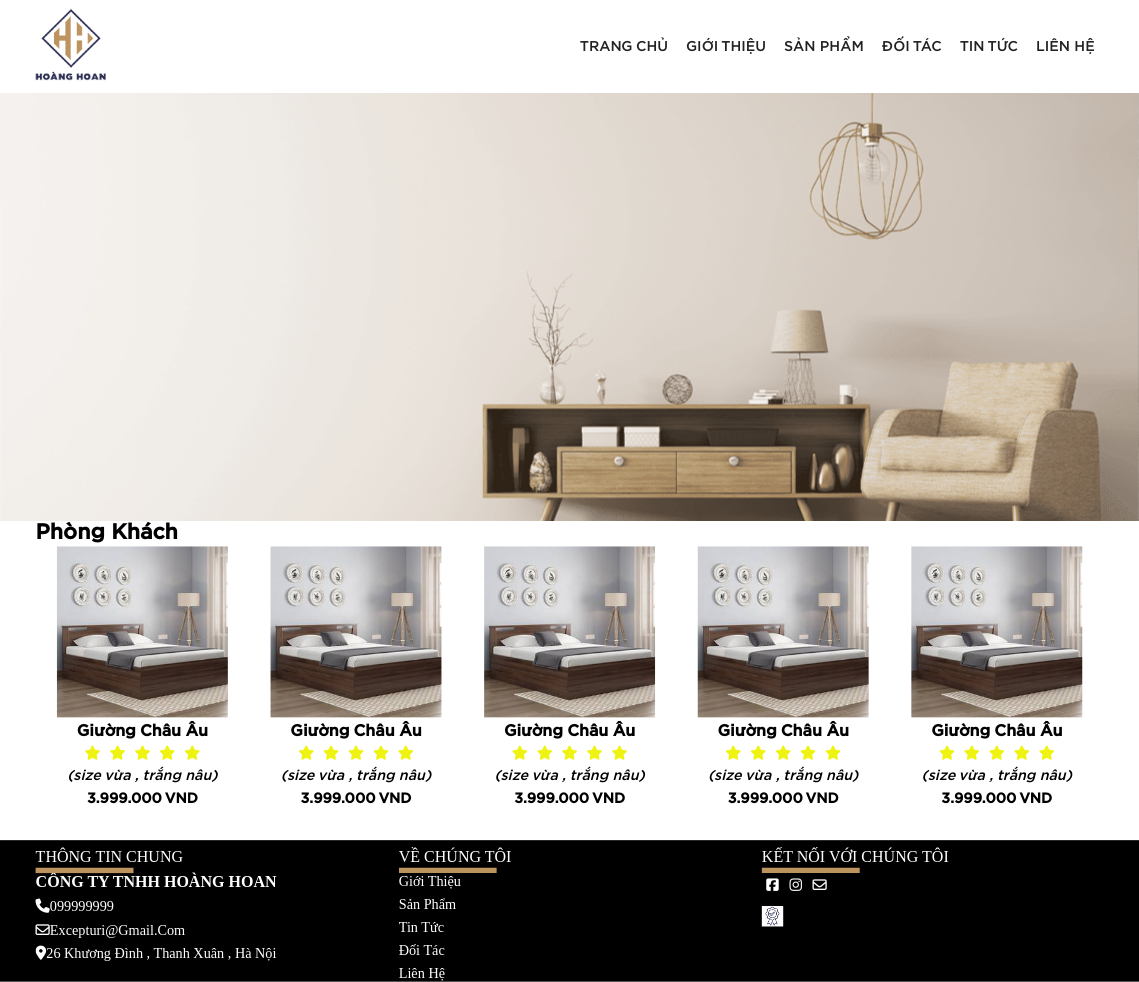
Repository: LDDUNG2003/front_end
Page: product.html
These files come from the project's save history. The page is drawn as it stood at one moment and after the next save; the edit follows.
The browser window is 1280 px wide. The pictures show the whole page, at 89% of full size.
Some web libraries are served in a nearby version.

Above is the page before, as saved 2023-08-30 10:34:53.

### product.html
<!DOCTYPE html>
<html lang="en">

<head>
    <meta charset="UTF-8">
    <meta name="viewport" content="width=device-width, initial-scale=1.0">
    <title>Document</title>
    <link rel="stylesheet" href="https://cdnjs.cloudflare.com/ajax/libs/font-awesome/6.4.2/css/all.min.css" integrity="sha512-z3gLpd7yknf1YoNbCzqRKc4qyor8gaKU1qmn+CShxbuBusANI9QpRohGBreCFkKxLhei6S9CQXFEbbKuqLg0DA==" crossorigin="anonymous" referrerpolicy="no-referrer"
    />
    <link rel="stylesheet" type="text/css" href="//cdn.jsdelivr.net/npm/slick-carousel@1.8.1/slick/slick.css" />
    <link rel="stylesheet" type="text/css" href="//cdn.jsdelivr.net/npm/slick-carousel@1.8.1/slick/slick-theme.css" />
    <link rel="stylesheet" href="./public/css/base.css">
    <link rel="stylesheet" href="./public/css/product.css">
    <link rel="stylesheet" href="./public/css/responsive.css">
    <script src="https://kit.fontawesome.com/9ffed7d99e.js" crossorigin="anonymous"></script>
</head>

<body>
    <div class="main">
        <div class="header">
            <div class="navBar">
                <div class="logo--block">
                    <img src="./public/img/logo.png" alt="logo" class="logo">
                    <button class="menu-mobile" id="mobileMenu"><i class="fas fa-bars" style="color: #fff;" ></i></button>
                </div>
                <ul class="navBar__list">
                    <li class="navBar__list-item"><a href="" class="navBar__list--link">trang chủ</a></li>
                    <li class="navBar__list-item">
                        <a href="./index.html" class="navBar__list--link">giới thiệu</a>
                    </li>
                    <li class="navBar__list-item">
                        <a href="./product.html" class="navBar__list--link">sản phẩm</a>
                    </li>
                    <li class="navBar__list-item">
                        <a href="./partner.html" class="navBar__list--link">đối tác</a>
                    </li>
                    <li class="navBar__list-item">
                        <a href="./news.html" class="navBar__list--link">tin tức</a>
                    </li>
                    <li class="navBar__list-item">
                        <a href="" class="navBar__list--link">liên hệ</a>
                    </li>
                </ul>
            </div>
        </div>
        <div class="content__featured-slider">
            <ul class="slider--list">
                <li class="slider--item"><img src="./public/img/banner.png" alt="" class="slider--image"></li>
                <li class="slider--item"><img src="./public/img/P002-big.jpg" alt="" class="slider--image"></li>
                <li class="slider--item"><img src="./public/img/featured/giuong-ngu.png" alt="" class="slider--image"></li>
            </ul>
        </div>
        <div class="content__featured">
            <h2 class="product--title">Phòng Khách</h2>
            <ul class="featured--list">
                <li class="featured--item">
                    <img src="./public/img/featured/giuong-ngu.png" alt="" class="featured--img">
                    <div class="featured--content">
                        <h5 class="featured-name">Giường Châu Âu</h5>
                        <ul class="evaluate--list">
                            <li><i class="fa-solid fa-star" style="color: #eff312;"></i></li>
                            <li><i class="fa-solid fa-star" style="color: #eff312;"></i></li>
                            <li><i class="fa-solid fa-star" style="color: #eff312;"></i></li>
                            <li><i class="fa-solid fa-star" style="color: #eff312;"></i></li>
                            <li><i class="fa-solid fa-star" style="color: #eff312;"></i></li>
                        </ul>
                        <i class="note-product">(size vừa , trắng nâu)</i>
                        <p class="price-product">3.999.000 VND</p>
                    </div>
                </li>
                <li class="featured--item">
                    <img src="./public/img/featured/giuong-ngu.png" alt="" class="featured--img">
                    <div class="featured--content">
                        <h5 class="featured-name">Giường Châu Âu</h5>
                        <ul class="evaluate--list">
                            <li><i class="fa-solid fa-star" style="color: #eff312;"></i></li>
                            <li><i class="fa-solid fa-star" style="color: #eff312;"></i></li>
                            <li><i class="fa-solid fa-star" style="color: #eff312;"></i></li>
                            <li><i class="fa-solid fa-star" style="color: #eff312;"></i></li>
                            <li><i class="fa-solid fa-star" style="color: #eff312;"></i></li>
                        </ul>
                        <i class="note-product">(size vừa , trắng nâu)</i>
                        <p class="price-product">3.999.000 VND</p>
                    </div>
                </li>
                <li class="featured--item">
                    <img src="./public/img/featured/giuong-ngu.png" alt="" class="featured--img">
                    <div class="featured--content">
                        <h5 class="featured-name">Giường Châu Âu</h5>
                        <ul class="evaluate--list">
                            <li><i class="fa-solid fa-star" style="color: #eff312;"></i></li>
                            <li><i class="fa-solid fa-star" style="color: #eff312;"></i></li>
                            <li><i class="fa-solid fa-star" style="color: #eff312;"></i></li>
                            <li><i class="fa-solid fa-star" style="color: #eff312;"></i></li>
                            <li><i class="fa-solid fa-star" style="color: #eff312;"></i></li>
                        </ul>
                        <i class="note-product">(size vừa , trắng nâu)</i>
                        <p class="price-product">3.999.000 VND</p>
                    </div>
                </li>
                <li class="featured--item">
                    <img src="./public/img/featured/giuong-ngu.png" alt="" class="featured--img">
                    <div class="featured--content">
                        <h5 class="featured-name">Giường Châu Âu</h5>
                        <ul class="evaluate--list">
                            <li><i class="fa-solid fa-star" style="color: #eff312;"></i></li>
                            <li><i class="fa-solid fa-star" style="color: #eff312;"></i></li>
                            <li><i class="fa-solid fa-star" style="color: #eff312;"></i></li>
                            <li><i class="fa-solid fa-star" style="color: #eff312;"></i></li>
                            <li><i class="fa-solid fa-star" style="color: #eff312;"></i></li>
                        </ul>
                        <i class="note-product">(size vừa , trắng nâu)</i>
                        <p class="price-product">3.999.000 VND</p>
                    </div>
                </li>
                <li class="featured--item">
                    <img src="./public/img/featured/giuong-ngu.png" alt="" class="featured--img">
                    <div class="featured--content">
                        <h5 class="featured-name">Giường Châu Âu</h5>
                        <ul class="evaluate--list">
                            <li><i class="fa-solid fa-star" style="color: #eff312;"></i></li>
                            <li><i class="fa-solid fa-star" style="color: #eff312;"></i></li>
                            <li><i class="fa-solid fa-star" style="color: #eff312;"></i></li>
                            <li><i class="fa-solid fa-star" style="color: #eff312;"></i></li>
                            <li><i class="fa-solid fa-star" style="color: #eff312;"></i></li>
                        </ul>
                        <i class="note-product">(size vừa , trắng nâu)</i>
                        <p class="price-product">3.999.000 VND</p>
                    </div>
                </li>
            </ul>
        </div>
        <div class="footer ">
            <div class="footer__lable">
                <ul class="footer--list">
                    <li class="footer--list-item">
                        <h3 class="footer--list-heading">
                            thông tin chung
                        </h3>
                    </li>
                    <li class="footer--list-item footer--inheri">công ty tnhh hoàng hoan</li>
                    <li class="footer--list-item"><i class="fa-solid fa-phone" style="color: #ffffff;"></i>099999999</li>
                    <li class="footer--list-item"><i class="fa-regular fa-envelope" style="color: #ffffff;"></i>excepturi@gmail.com
                    </li>
                    <li class="footer--list-item"><i class="fa-solid fa-location-dot fa-beat" style="color: #ffffff;"></i>26 khương đình , thanh xuân , hà nội</li>
                </ul>
                <ul class="footer--list">
                    <li class="footer--list-item">
                        <h3 class="footer--list-heading">về chúng tôi</h3>
                    </li>
                    <li class="footer--list-item">giới thiệu</li>
                    <li class="footer--list-item">sản phẩm</li>
                    <li class="footer--list-item">tin tức</li>
                    <li class="footer--list-item">đối tác</li>
                    <li class="footer--list-item">liên hệ</li>
                </ul>
                <ul class="footer--list">
                    <li class="footer--list-item">
                        <h3 class="footer--list-heading">kết nối với chúng tôi</h3>
                    </li>
                    <li class="footer--list-item">
                        <ul class="footer--list-contact">
                            <li class="fooder--list-contact-item"><i class="fa-brands fa-square-facebook" style="color: #ffffff;"></i></li>
                            <li class="fooder--list-contact-item"><i class="fa-brands fa-instagram" style="color: #ffffff;"></i>
                            </li>
                            <li class="fooder--list-contact-item"><i class="fa-regular fa-envelope" style="color: #fcfcfd;"></i>
                            </li>
                        </ul>
                    </li>
                    <li class="footer--list-item"><img style="height: 23px;" src="./style/image/ve-chung-toi/chat-luong.jpg" alt=""></li>
                </ul>
            </div>
        </div>
    </div>
    <script src="./public/js/index.js"></script>
    <script type="text/javascript " src="//code.jquery.com/jquery-1.11.0.min.js "></script>
    <script type="text/javascript " src="//code.jquery.com/jquery-migrate-1.2.1.min.js "></script>
    <script type="text/javascript " src="//cdn.jsdelivr.net/npm/slick-carousel@1.8.1/slick/slick.min.js "></script>
    <script>
        $('.slider--list').slick();
    </script>
</body>

</html>

### public/css/base.css
* {
    padding: 0px;
    margin: 0px;
    font-family: "gotham-family";
}

:root {
    --primary-color: #bd945f;
    --text-color: #222222;
}


/* font setting */

@font-face {
    font-family: "gotham-family";
    src: url(../front/Gotham-Medium.otf);
}

.main {
    width: 100%;
}

.header {
    padding: 10px 0px;
    margin: auto;
    width: 100%;
    max-width: 1200px;
}

.navBar {
    display: flex;
    width: 100%;
    justify-content: space-between;
}

.logo {
    height: 80px;
}

.navBar__list {
    display: flex;
    list-style: none;
    align-items: center;
}

.navBar__list-item {
    margin: 0 10px;
}

.navBar__list--link {
    text-transform: uppercase;
    font-size: 16px;
    color: var(--text-color);
    text-decoration: none;
}

.featured--content {}

.featured-name {
    font-size: 18px;
    text-transform: capitalize;
}

.evaluate--list {
    list-style: none;
    display: flex;
    justify-content: center;
}

.evaluate--list li {
    padding: 5px;
    margin: 0;
}

.note-product {}

.content--title {
    font-size: 32px;
    padding: 50px 0px;
    text-align: center;
    position: relative;
    text-transform: uppercase;
}

.content--title::before {
    content: '';
    background-color: var(--primary-color);
    width: 90px;
    height: 9px;
    position: absolute;
    top: 70%;
    right: 47%;
}

.content__featured {
    width: 100%;
    max-width: 1200px;
    margin: auto;
    padding-bottom: 30px;
}

.featured--list {
    width: 100%;
    list-style: none;
    display: flex;
    text-align: center;
}

.featured--item {}

.featured--img {
    width: 80%;
    margin: auto;
}

.price-product {
    padding: 7px 0px;
    font-weight: 800;
    font-size: 16px;
}

.slick-prev:before,
.slick-next:before {
    color: var(--primary-color);
    width: 15px;
}

.footer {
    background-color: black;
}

.footer__lable {
    max-width: 1200px;
    margin: auto;
    display: flex;
    width: 100%;
    justify-content: space-around;
    color: #fff;
    justify-content: space-between;
}

.footer--list {
    list-style: none;
    width: 32%;
}

.footer--list-item {
    font-size: 16px;
    padding-top: 8px;
    text-transform: capitalize;
    font-family: initial;
}

.footer--list-heading {
    font-size: 18px;
    font-weight: 300;
    text-transform: uppercase;
    position: relative;
    padding-bottom: 0px;
    font-family: 'Gotham-Medium';
}

.footer--list-heading::after {
    content: '';
    background-color: var(--primary-color);
    width: 110px;
    padding-top: 6px;
    position: absolute;
    left: 0px;
    bottom: -8px;
}

.footer--inheri {
    text-transform: uppercase;
    font-weight: 600;
    font-size: 18px;
}

.footer--list-contact {
    display: flex;
    list-style: none;
}

.fooder--list-contact-item {
    width: 16px;
    padding: 5px;
}

### public/css/product.css
.content__featured-slider {
    width: 100%;
    height: 480px;
    overflow: hidden;
}

.slider--list {
    width: 100%;
}

.slider--item {
    width: 100%;
}

.slider--image {
    width: 100%;
}

### public/css/responsive.css
@media (min-width:767px) {
    #mobileMenu {
        display: none;
    }
}

@media (max-width: 767px) {
    #mobileMenu {
        display: block;
    }
    .logo--block {
        width: 100%;
        display: flex;
        align-items: center;
        justify-content: space-between;
    }
    .navBar {
        display: block;
        height: auto;
    }
    .menu-mobile {
        width: 40px;
        height: 40px;
        padding: 10px;
        border: 0px;
        background-color: var(--primary-color);
    }
    .navBar__list {
        display: none;
        width: 100%;
    }
    .navBar__list-item {
        padding: 4px;
        border-bottom: 2px solid #ccc;
    }
    .content__focut {
        position: static;
    }
    .focut--item {
        width: 50%;
    }
    .content__banner {
        width: 100%;
    }
    .banner--content {
        display: none;
    }
    .slick-prev:before,
    .slick-next:before {
        display: none;
    }
    .about--background {
        display: none;
    }
    .about__us-bag {
        position: static;
    }
    .about--block {
        display: block;
    }
    .about--content {
        width: 100%;
        color: var(--text-color);
    }
    .about--content img {
        width: 100%;
    }
    .content--title {
        color: var(--text-color);
    }
    .news--contain {
        display: block;
    }
    .mobile-display {
        display: none;
    }
    .news--contain--item {
        width: 100%;
    }
    .news--list-item {
        width: 100%;
        overflow: hidden;
    }
    .news--list-item img {
        height: 100%;
    }
    .partner--list {
        flex-wrap: wrap;
    }
    .partner--item {
        width: 50%;
    }
    .content--contact {
        display: none;
    }
    .footer__lable {
        display: block;
    }
    .footer--list {
        width: 100%;
        padding: 10px 0px;
    }
    .footer--list-item {
        width: 100%;
        padding: 5px 0px;
    }
    /* news responsive */
    .news--content-list {
        margin: 0px 20px;
    }
    .news--content-item {
        width: 100%;
    }
    .featured--list {
        width: 100%;
        margin: 10px;
        flex-wrap: wrap;
    }
    .featured--item {
        width: 100%;
    }
}

### public/js/index.js
var mobile = document.getElementById("mobileMenu");
var navBar__list = document.getElementsByClassName("navBar__list")[0]
mobile.addEventListener("click", function() {
    if (navBar__list.style.display === "block") {
        navBar__list.style.display = null;
    } else {
        navBar__list.style.display = "block";
    }
});

After the next save:
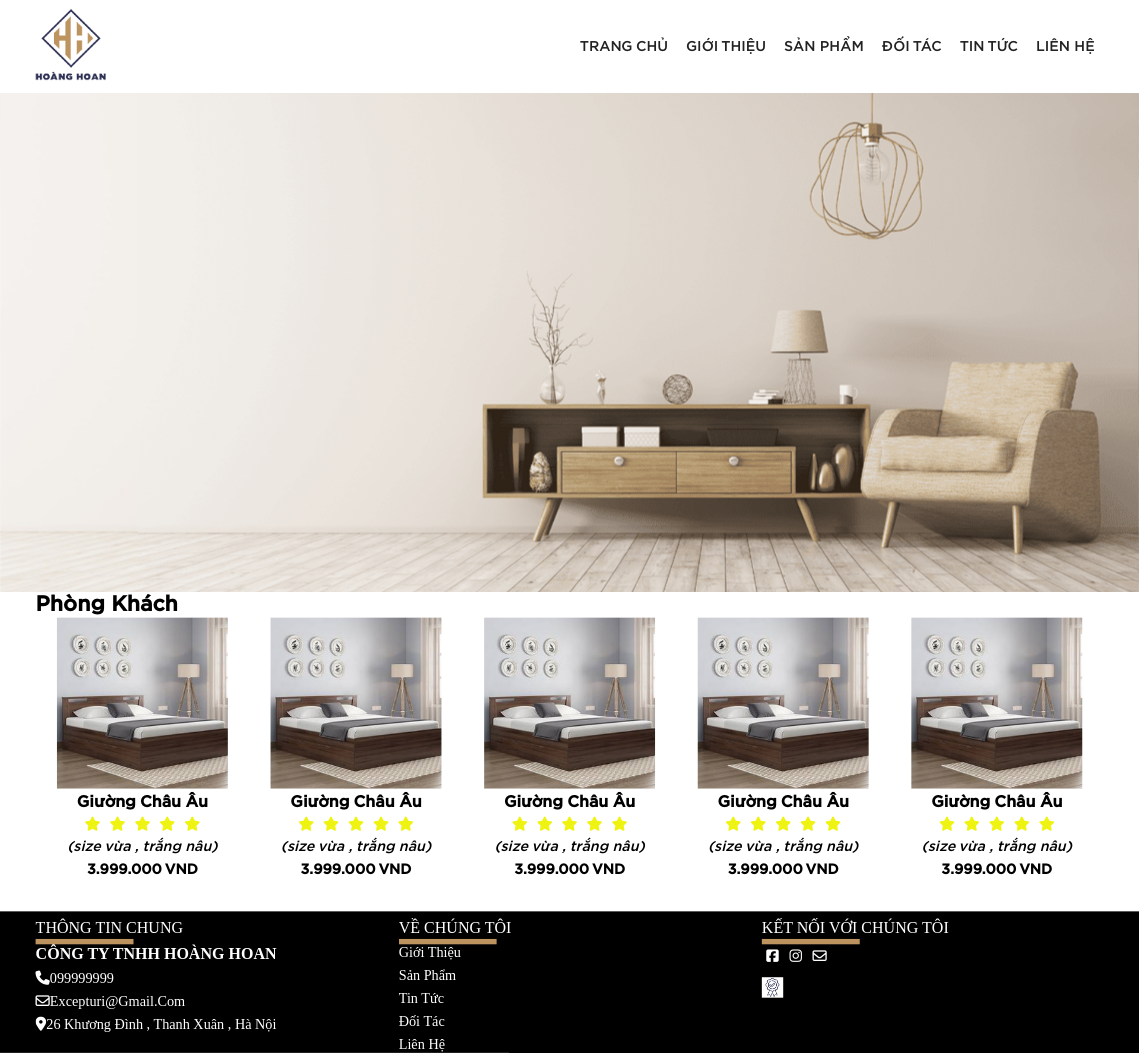
Saved 12 s later.
--- a/public/css/product.css
+++ b/public/css/product.css
@@ -1,6 +1,6 @@
 .content__featured-slider {
     width: 100%;
-    height: 480px;
+    height: 560px;
     overflow: hidden;
 }
 
